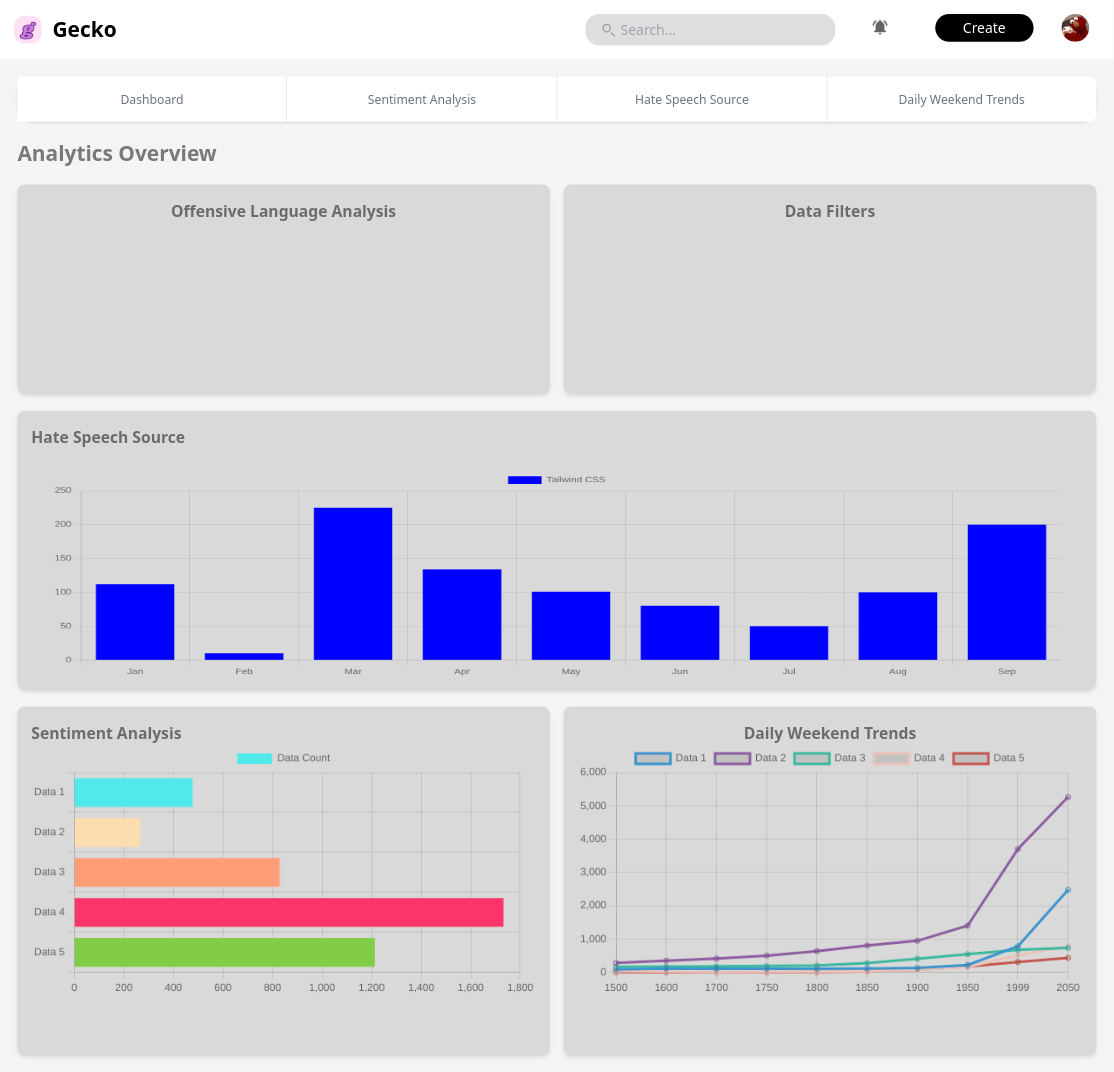
Repository: theamgri/thesis-website-nextjs
Page: website.html
These files come from the project's save history. The page is drawn as it stood at one moment and after the next save; the edit follows.
The browser window is 1280 px wide. The pictures show the whole page, at 87% of full size.

Above is the page before, as saved 2023-10-06 08:08:42.
Console error: TypeError: document.getElementById(...).getContext is not a function

### website.html
<!DOCTYPE html>
<html lang="en">
<head>
    <meta charset="UTF-8">
    <meta name="viewport" content="width=device-width, initial-scale=1.0">
    <title>Gecko</title>
    <link rel="icon" type="image/x-icon" href="/images/icon.png">
    <link href="https://cdn.jsdelivr.net/npm/tailwindcss@2.2.19/dist/tailwind.min.css" rel="stylesheet">
    <script src="https://cdn.jsdelivr.net/npm/chart.js"></script>



</head>
<body class="bg-gray-100">

<nav class="bg-white drop-shadow-2xl border-gray-200 dark:bg-gray-900">
    <div class="flex flex-wrap items-center justify-between mx-auto p-4">
      <a href="." class="flex items-center">
          <img src="images/icon.png" class="h-8 mr-3 rounded-xl" alt="Logo" />
          <span class="self-center text-2xl font-semibold whitespace-nowrap dark:text-white">Gecko</span>
      </a>
      <button data-collapse-toggle="navbar-default" type="button" class="inline-flex items-center p-2 w-10 h-10 justify-center text-sm text-gray-500 rounded-lg md:hidden hover:bg-gray-100 focus:outline-none focus:ring-2 focus:ring-gray-200 dark:text-gray-400 dark:hover:bg-gray-700 dark:focus:ring-gray-600" aria-controls="navbar-default" aria-expanded="false">
          <span class="sr-only">Open main menu</span>
          <svg class="w-5 h-5" aria-hidden="true" xmlns="http://www.w3.org/2000/svg" fill="none" viewBox="0 0 17 14">
              <path stroke="currentColor" stroke-linecap="round" stroke-linejoin="round" stroke-width="2" d="M1 1h15M1 7h15M1 13h15"/>
          </svg>
      </button>
      <div class="hidden w-full md:block md:w-auto drop-shadow-2xl" id="navbar-default">
        <ul class="font-medium flex flex-col p-4 md:p-0 mt-4 border border-gray-100 rounded-lg bg-gray-50 md:flex-row md:space-x-8 md:mt-0 md:border-0 md:bg-white dark:bg-gray-800 md:dark:bg-gray-900 dark:border-gray-700">
            <li>
                <div class="relative">
                    <input
                        type="text"
                        placeholder="Search..."
                        class="block w-full py-2 pl-10 pr-4 leading-5 rounded-2xl shadow-sm focus:ring focus:ring-blue-200 border-gray-300" style="background-color: #DEDEDE;"
                    />
                    <div class="absolute inset-y-0 left-0 pl-4 flex items-center pointer-events-none">
                        <svg
                            class="w-5 h-5 text-gray-400"
                            fill="none"
                            stroke="currentColor"
                            viewBox="0 0 24 24"
                            xmlns="http://www.w3.org/2000/svg"
                        >
                            <path
                                stroke-linecap="round"
                                stroke-linejoin="round"
                                stroke-width="2"
                                d="M21 21l-4.35-4.35"
                            />
                            <path
                                stroke-linecap="round"
                                stroke-linejoin="round"
                                stroke-width="2"
                                d="M15 10a5 5 0 11-10 0 5 5 0 0110 0z"
                            />
                        </svg>
                    </div>
                </div>

              </li>
            <li>
              <img src="images/bellbutton.png" class="h-8 mr-3 rounded-xl" alt="Notification Bell" />
          </li>
          <li>
            <button class="bg-black drop-shadow-2xl hover:bg-blue-700 text-white font-normal py-1 px-8 rounded-full">
              Create
            </button>
          </li>
          <li>
            <a href="your-link-here">
                <img src="images/user.jpg" class="h-8 mr-3 rounded-full" alt="Notification Bell" />
            </a>
        </li>


        </ul>
      </div>
    </div>
  </nav>
<!-- //SIDE NAVBAR -->


<div class="sm:hidden">
  <label for="tabs" class="sr-only">Select your country</label>
  <select id="tabs" class="bg-gray-50 border border-gray-300 text-gray-900 text-sm rounded-lg focus:ring-blue-500 focus:border-blue-500 block w-full p-2.5 dark:bg-gray-700 dark:border-gray-600 dark:placeholder-gray-400 dark:text-white dark:focus:ring-blue-500 dark:focus:border-blue-500">
      <option>Profile</option>
      <option>Canada</option>
      <option>France</option>
      <option>Germany</option>
  </select>
</div>
<ul class="m-5 rounded-2xl drop-shadow-xl hidden text-sm font-medium text-center text-gray-500 divide-x divide-gray-200 rounded-lg shadow sm:flex dark:divide-gray-700 dark:text-gray-400">
  <li class="w-full">
      <a href="#" class="inline-block w-full p-4 bg-white hover:text-gray-700 hover:bg-gray-50 focus:ring-4 focus:ring-blue-300 focus:outline-none dark:hover:text-white dark:bg-gray-800 dark:hover:bg-gray-700" aria-current="page">Dashboard</a>
  </li>
  <li class="w-full">
      <a href="#" class="inline-block w-full p-4 bg-white hover:text-gray-700 hover:bg-gray-50 focus:ring-4 focus:ring-blue-300 focus:outline-none dark:hover:text-white dark:bg-gray-800 dark:hover:bg-gray-700">Sentiment Analysis</a>
  </li>
  <li class="w-full">
      <a href="#" class="inline-block w-full p-4 bg-white hover:text-gray-700 hover:bg-gray-50 focus:ring-4 focus:ring-blue-300 focus:outline-none dark:hover:text-white dark:bg-gray-800 dark:hover:bg-gray-700">Hate Speech Source</a>
  </li>
  <li class="w-full">
      <a href="#" class="inline-block w-full p-4 bg-white rounded-r-lg hover:text-gray-700 hover:bg-gray-50 focus:ring-4 focus:outline-none focus:ring-blue-300 dark:hover:text-white dark:bg-gray-800 dark:hover:bg-gray-700">Daily Weekend Trends</a>
  </li>

</ul>




  <div class="ml-5 text-left font-bold text-2xl opacity-50">
    <h1>Analytics Overview</h1>
  </div>

<!-- ... (previous code) ... -->
<!--
<div class="m-5 grid grid-cols-1 md:grid-cols-2 lg:grid-cols-2 xl:grid-cols-2 gap-4">
  Container for Pie Chart (2 rows)
  <div class="bg-white p-4 rounded-lg shadow-md" style="background-color: transparent; grid-row: span 2; overflow: visible;">
      Content goes here, such as the chart
      <h2 class="text-lg text-center opacity-50 font-semibold">Pie Chart</h2>
      <div style="position: relative;">
          <canvas class="p-4" id="donutChart" width="100" height="100"></canvas>
          <div style="position: absolute; bottom: 0; left: 50%; transform: translateX(-50%); text-align: center;">
              Display labels here
               <div style="display: inline-block; margin-right: 10px;">
                  <div style="background-color: rgb(255, 99, 132); width: 15px; height: 15px; display: inline-block; margin-right: 5px;"></div>
                  <span>Red</span>
              </div>
              <div style="display: inline-block; margin-right: 10px;">
                  <div style="background-color: rgb(255, 159, 64); width: 15px; height: 15px; display: inline-block; margin-right: 5px;"></div>
                  <span>Orange</span>
              </div>
              <div style="display: inline-block; margin-right: 10px;">
                  <div style="background-color: rgb(255, 205, 86); width: 15px; height: 15px; display: inline-block; margin-right: 5px;"></div>
                  <span>Yellow</span>
              </div>
              <div style="display: inline-block; margin-right: 10px;">
                  <div style="background-color: rgb(75, 192, 192); width: 15px; height: 15px; display: inline-block; margin-right: 5px;"></div>
                  <span>Green</span>
              </div>
              <div style="display: inline-block; margin-right: 10px;">
                  <div style="background-color: rgb(54, 162, 235); width: 15px; height: 15px; display: inline-block; margin-right: 5px;"></div>
                  <span>Blue</span>
              </div>
          </div>
      </div> -->
      <!-- Optionally, you can add a label or title for the container -->
      <!-- <script>
        // Ensure that the DOM is fully loaded before initializing the chart
        document.addEventListener("DOMContentLoaded", function() {
            const donutData = {
                type: 'doughnut',
                data: {
                    datasets: [
                        {
                            data: [10, 20, 15, 5, 50],
                            backgroundColor: [
                                'rgb(255, 99, 132)',
                                'rgb(255, 159, 64)',
                                'rgb(255, 205, 86)',
                                'rgb(75, 192, 192)',
                                'rgb(54, 162, 235)',
                            ],
                        },
                    ],
                    labels: ['Red', 'Orange', 'Yellow', 'Green', 'Blue'],
                },
                options: {
                    plugins: {
                        legend: {
                            display: false, // Hide the legend
                        },
                        datalabels: {
                            formatter: (value) => {
                                if (value < 15) return '';
                                return value + '%';
                            },
                        },
                    },
                },
            };

            var donutChart = new Chart(
                document.getElementById("donutChart"),
                donutData
            );
        });
    </script> -->
  <!-- </div> -->

  <!-- Container 1 -->
  <!-- <div class="bg-white p-4 rounded-lg shadow-md" style="background-color: #D9D9D9; height: 15rem;">
    <h2 class="text-lg text-center opacity-50 font-semibold">Offensive Language Analysis</h2>
    <canvas id="bar-chart-horizontal" width="800" height="450"></canvas>

    <script src="https://cdn.jsdelivr.net/npm/chart.js"></script>

    <script>
        document.addEventListener("DOMContentLoaded", function() {
            const ctx = document.getElementById('bar-chart-horizontal').getContext('2d');
            const chart = new Chart(ctx, {
                type: 'horizontalBar',
                data: {
                    labels: ['A', 'B', 'C'],
                    datasets: [{
                        label: 'Easy as',
                        data: [1, 2, 3],
                    }],
                },
                options: {
                    responsive: true
                }
            });
        });
    </script>
</div>


  Container 2 -->
  <!-- <div class="bg-white p-4 rounded-lg shadow-md" style="background-color: #D9D9D9; height: 15rem;">
      <h2 class="text-lg text-center opacity-50 font-semibold">Data Filters</h2>
      <p>Lorem ipsum dolor sit amet, consectetur adipiscing elisst.</p>
  </div> -->
<!-- </div> -->





  <div class="container mx-auto mt-0">

    <div class="m-5 grid grid-cols-1 md:grid-cols-2 lg:grid-cols-2 xl:grid-cols-2 gap-4">
        <!-- Container 1 -->
        <div class="bg-white p-4 rounded-lg shadow-md" style="background-color: #D9D9D9; height: 15rem;">
    <h2 class="text-lg text-center opacity-50 font-semibold">Offensive Language Analysis</h2>
    <canvas id="bar-chart-horizontal" width="800" height="450"></canvas>

    <script src="https://cdn.jsdelivr.net/npm/chart.js"></script>

    <script>
        document.addEventListener("DOMContentLoaded", function() {
            const ctx = document.getElementById('bar-chart-horizontal').getContext('2d');
            const chart = new Chart(ctx, {
                type: 'horizontalBar',
                data: {
                    labels: ['A', 'B', 'C'],
                    datasets: [{
                        label: 'Easy as',
                        data: [1, 2, 3],
                    }],
                },
                options: {
                    responsive: true
                }
            });
        });
    </script>
</div>


        <!-- Container 2 -->
        <div class="bg-white p-4 rounded-lg shadow-md"  style="background-color: #D9D9D9; height: 15rem;">
            <h2 class="text-lg text-center opacity-50 font-semibold">Data Filters</h2>
           <!-- component container -->
<div id="chart" style="padding: 20px;"></div>

<!-- dataset -->
<script>
    const ctx = document.getElementById('chart').getContext('2d');
const chart = new Chart(ctx, {
  type: 'horizontalBar', // <-- instead of 'bar'
  data: {
    labels: ['A', 'B', 'C'],
    datasets: [{
      label: 'Easy as',
      data: [1, 2, 3],
    }],
  },
  options: {
    responsive: true
  }
});

</script>

        </div>
    </div>


    <div class="m-5 grid grid-cols-1 md:grid-cols-1 lg:grid-cols-1 xl:grid-cols-1 gap-4 mt-4">
      <!-- Container 3 -->
      <div class="bg-white p-4 rounded-lg shadow-md" style="background-color: #D9D9D9; height: 20rem;">
          <h2 class="text-lg opacity-50 font-semibold">Hate Speech Source</h2>


              <!-- Set max-height to ensure the chart fits within the container -->
              <canvas class="p-6" id="barChart" style="max-height: 100%;"></canvas>

      </div>
      <script src="https://cdnjs.cloudflare.com/ajax/libs/Chart.js/3.9.1/chart.min.js"
          integrity="sha512-ElRFoEQdI5Ht6kZvyzXhYG9NqjtkmlkfYk0wr6wHxU9JEHakS7UJZNeml5ALk+8IKlU6jDgMabC3vkumRokgJA=="
          crossorigin="anonymous" referrerpolicy="no-referrer"></script>
      <script>
          const labels = ['Jan', 'Feb', 'Mar', 'Apr', 'May', 'Jun', 'Jul', 'Aug', 'Sep'];
        const data = {
            labels: labels,
            datasets: [
                {
                    label: "Tailwind CSS",
                    backgroundColor: "blue",
                    borderColor: 'rgb(0, 0, 0)',
                    data: [112, 10, 225, 134, 101, 80, 50, 100, 200],
                    fill: false,
                },
            ],
        };

        const configChart = {
            type: "bar",
            data,
            options: {},
        };

        var chartLine = new Chart(
            document.getElementById("barChart"),
            configChart
        );
      </script>
  </div>


    <div class="m-5 grid grid-cols-1 md:grid-cols-2 lg:grid-cols-2 xl:grid-cols-2 gap-4 mt-4">
    <!-- Container 4 -->
    <div class="bg-white p-4 rounded-lg shadow-md" style="background-color: #D9D9D9;">
        <h2 class="text-lg tex-center opacity-50 font-semibold">Sentiment Analysis</h2>
        <div>
          <canvas id="horizontal-bar-chart"></canvas>
      </div>

      <script>
         new Chart(document.getElementById("horizontal-bar-chart"), {
            type: 'bar',
            data: {
                labels: ["Data 1", "Data 2", "Data 3", "Data 4", "Data 5"],
                datasets: [{
                    label: "Data Count",
                    backgroundColor: ["#51EAEA", "#FCDDB0",
                        "#FF9D76", "#FB3569", "#82CD47"
                    ],
                    data: [478, 267, 829, 1732, 1213]
                }]
            },
            options: {
                indexAxis: 'y',
                legend: {
                    display: false
                },
                title: {
                    display: true,
                    text: 'Chart JS Horizontal Bar Chart Example'
                }
            }
        });
      </script>

    </div>

    <!-- Container 5 -->
    <div class="bg-white p-4 rounded-lg shadow-md" style="background-color: #D9D9D9; height: 25rem;">
        <h2 class="text-lg text-center opacity-50 font-semibold">Daily Weekend Trends</h2>


            <canvas id="line-chart" width="800" height="400"></canvas>

<script>
new Chart(document.getElementById("line-chart"), {
  type: 'line',
  data: {
    labels: [1500,1600,1700,1750,1800,1850,1900,1950,1999,2050],
    datasets: [{
        data: [86,114,106,106,107,111,133,221,783,2478],
        label: "Data 1",
        borderColor: "#3e95cd",
        fill: false
      }, {
        data: [282,350,411,502,635,809,947,1402,3700,5267],
        label: "Data 2",
        borderColor: "#8e5ea2",
        fill: false
      }, {
        data: [168,170,178,190,203,276,408,547,675,734],
        label: "Data 3",
        borderColor: "#3cba9f",
        fill: false
      }, {
        data: [40,20,10,16,24,38,74,167,508,784],
        label: "Data 4",
        borderColor: "#e8c3b9",
        fill: false
      }, {
        data: [6,3,2,2,7,26,82,172,312,433],
        label: "Data 5",
        borderColor: "#c45850",
        fill: false
      }
    ]
  },
  options: {
    title: {
      display: true,
      text: 'World population per region (in millions)'
    }
  }
});

</script>

    </div>

</div>


</body>
</html>

After the next save:
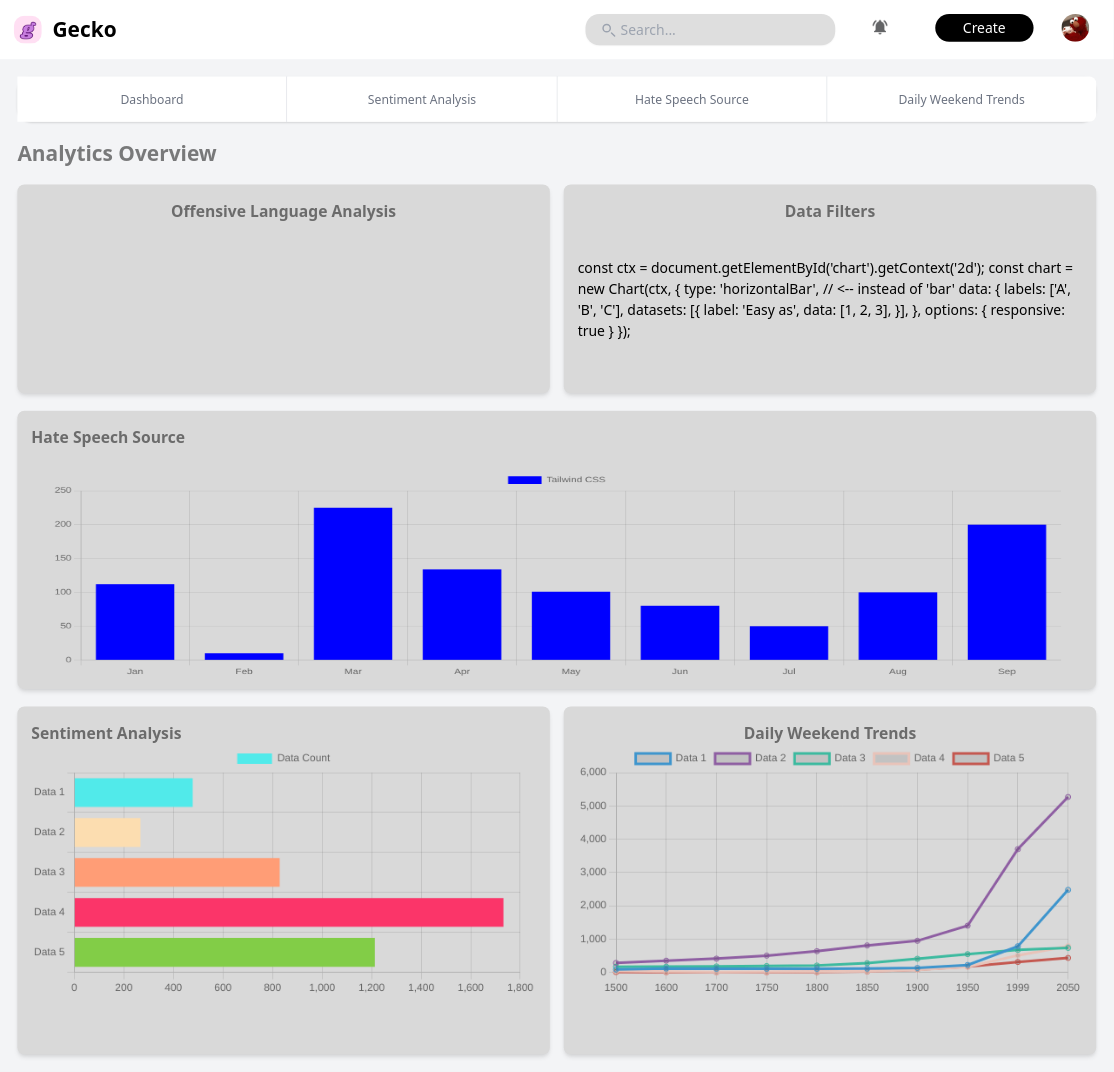
Console error: SyntaxError: Unexpected token '<'
Saved 11 min 32 s later.
--- a/website.html
+++ b/website.html
@@ -264,29 +264,31 @@
         <div class="bg-white p-4 rounded-lg shadow-md"  style="background-color: #D9D9D9; height: 15rem;">
             <h2 class="text-lg text-center opacity-50 font-semibold">Data Filters</h2>
            <!-- component container -->
-<div id="chart" style="padding: 20px;"></div>
-
-<!-- dataset -->
-<script>
-    const ctx = document.getElementById('chart').getContext('2d');
-const chart = new Chart(ctx, {
-  type: 'horizontalBar', // <-- instead of 'bar'
-  data: {
-    labels: ['A', 'B', 'C'],
-    datasets: [{
-      label: 'Easy as',
-      data: [1, 2, 3],
-    }],
-  },
-  options: {
-    responsive: true
-  }
-});
-
-</script>
-
-        </div>
-    </div>
+            <div id="chart" style="padding: 20px;"></div>
+
+            <!-- dataset -->
+            <script>
+              <script src="https://cdn.jsdelivr.net/npm/chart.js"></script>
+
+                const ctx = document.getElementById('chart').getContext('2d');
+            const chart = new Chart(ctx, {
+              type: 'horizontalBar', // <-- instead of 'bar'
+              data: {
+                labels: ['A', 'B', 'C'],
+                datasets: [{
+                  label: 'Easy as',
+                  data: [1, 2, 3],
+                }],
+              },
+              options: {
+                responsive: true
+              }
+            });
+
+            </script>
+
+                    </div>
+                </div>
 
 
     <div class="m-5 grid grid-cols-1 md:grid-cols-1 lg:grid-cols-1 xl:grid-cols-1 gap-4 mt-4">

After the save that followed:
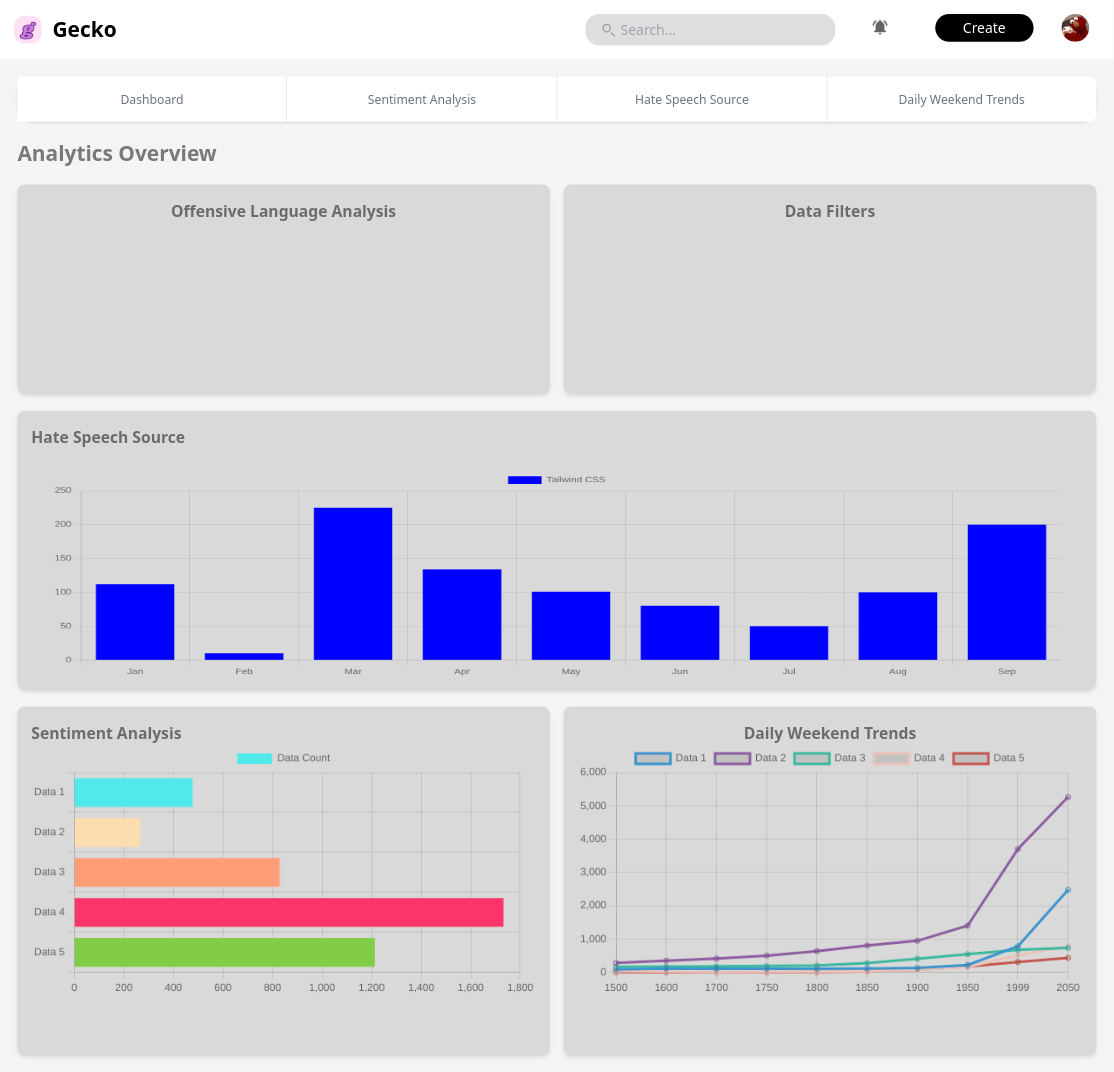
Console error (its wording comes from the project's code and is left out).
Saved 12 s later.
--- a/website.html
+++ b/website.html
@@ -267,8 +267,7 @@
             <div id="chart" style="padding: 20px;"></div>
 
             <!-- dataset -->
-            <script>
-              <script src="https://cdn.jsdelivr.net/npm/chart.js"></script>
+            <script src="https://cdn.jsdelivr.net/npm/chart.js">
 
                 const ctx = document.getElementById('chart').getContext('2d');
             const chart = new Chart(ctx, {
